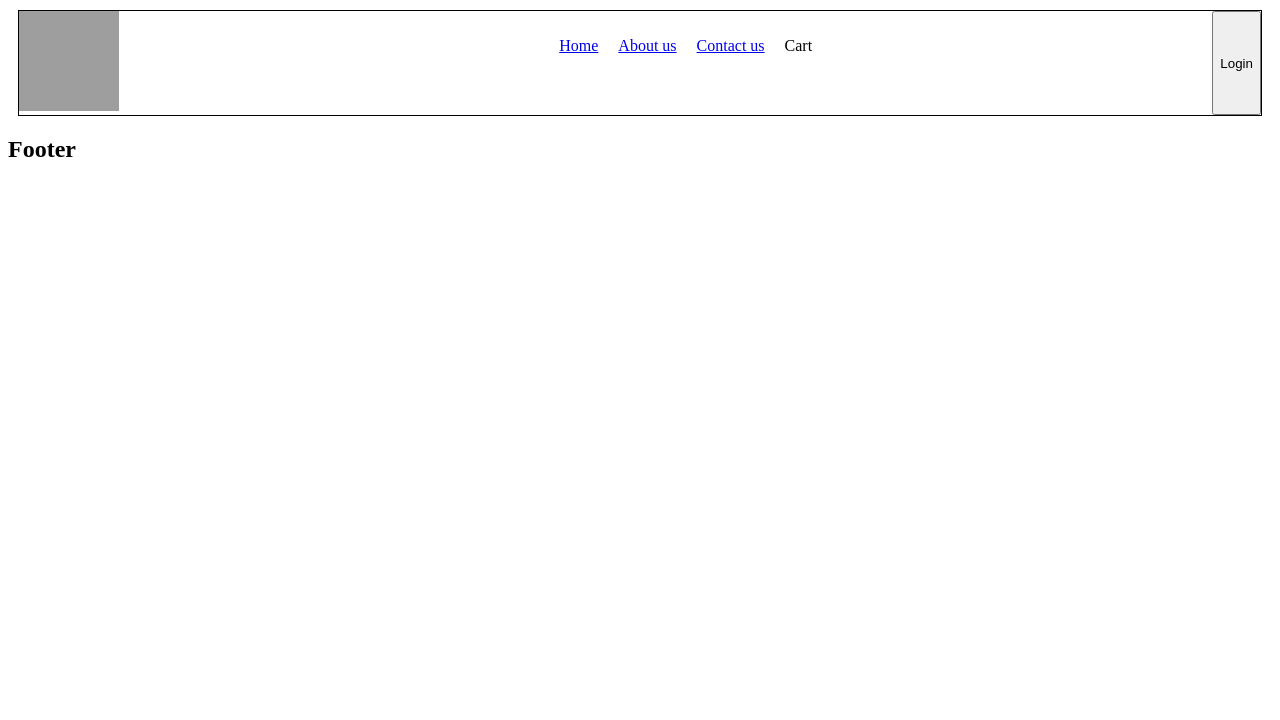
Repository: shivamv97/FOOD-VILLA-APP
Page: /
An editor plug-in stored every save of this project. The page is shown before and after the next save, followed by the edit.
The browser window is 1280 px wide. The pictures show the whole page.
Pictures or frames that could not be fetched are drawn as grey boxes. The page's requests for data from a server got no answer. The project was rebuilt for these pictures with package versions that can differ from the ones it lists, and the page was loaded fresh each time. No one was signed in, and anything a server would have sent is missing. Also part of the build but not shown: src/components/RestaurantCards.js, src/components/About.js, src/components/Error.js, src/components/ContactUs.js.

Above is the page before, as saved 2024-08-05 14:05:11.

### index.html
<!DOCTYPE html>
<html lang="en">
  <head>
    <meta charset="UTF-8" />
    <meta name="viewport" content="width=device-width, initial-scale=1.0" />
    <title>Learning REACT</title>
    <link rel="stylesheet" href="style.css" />
  </head>
  <body>
    <div id="root">Not Rendered</div>
    <!-- <script
      crossorigin
      src="https://unpkg.com/react@18/umd/react.development.js"
    ></script>
    <script
      crossorigin
      src="https://unpkg.com/react-dom@18/umd/react-dom.development.js"
    ></script> -->
    <script type="module" src="src/App.js"></script>
  </body>
</html>

### style.css
.header {
  display: flex;
  justify-content: space-between;
  margin: 10px;
  border: 1px solid black;
}
.nav-items > ul {
  list-style-type: none;
  display: flex;
}

.nav-items > ul > li {
  padding: 10px;
}
.logo {
  width: 100px;
  height: 100px;
}

.card {
  width: 255px;
  border: 1px solid black;
  padding: 10px;
  margin: 10px;
  overflow-wrap: break-word;
}

.card > img {
  width: 100%;
}

.restaurant-list {
  display: flex;
  flex-wrap: wrap;
}

.shimmer-card {
  width: 255px;
  height: 200px;
  background: lightgrey;
  margin: 10px;
  padding: 10px;
}

### src/App.js
import React from "react";
import ReactDOM from "react-dom/client";
import HeaderComponent from "./components/Title";
import Body from "./components/Body";
import Footer from "./components/Footer";
import About from "./components/About";
import Error from "./components/Error";
import Contact from "./components/ContactUs";
import { createBrowserRouter, RouterProvider, Outlet } from "react-router-dom";

const AppLayout = () => {
  return (
    <>
      <HeaderComponent />
      <Outlet />
      <Footer />
    </>
  );
};

const appRouter = createBrowserRouter([
  {
    path: "/",
    element: <AppLayout />,
    errorElement: <Error />,
    children: [
      {
        path: "/About",
        element: <About />,
      },
      {
        path: "/Contact",
        element: <Contact />,
      },
    ],
  },
]);

const root = ReactDOM.createRoot(document.getElementById("root"));

root.render(<RouterProvider router={appRouter} />);
//root will render according to the AppRouter

### src/components/Title.js
import { useState } from "react";
import { Link } from "react-router-dom";

const LoggedInUser = () => {
  //API used for authentication
  return true;
};

const Title = () => (
  <a href="/ ">
    <img
      className="logo"
      alt="logo"
      src="https://encrypted-tbn0.gstatic.com/images?q=tbn:ANd9GcTJtFXKFKFoihdrJEvX4jBtXqfcO2kJ0KAlIg&s"
    />
  </a>
);

const HeaderComponent = () => {
  const [isLoggedIn, setisLoggedIn] = useState(false);
  return (
    <div className="header">
      <Title />
      <div className="nav-items">
        <ul>
          <li>
            <Link to="/">Home </Link>
          </li>
          <li>
            <Link to="/About">About us</Link>
          </li>
          <li>
            <Link to="/Contact">Contact us</Link>
          </li>
          <li>Cart</li>
        </ul>
      </div>
      {isLoggedIn ? (
        <button onClick={() => setisLoggedIn(false)}>Logout</button>
      ) : (
        <button onClick={() => setisLoggedIn(true)}>Login</button>
      )}
    </div>
  );
};

export default HeaderComponent;

### src/components/Footer.js
const Footer = () => {
  return <h2>Footer</h2>;
};

export default Footer;

### src/components/Body.js
import { restaurantlist } from "../config";
import RestrauntCard from "./RestaurantCards";
import { useState, useEffect } from "react";
import Shimmer from "./shimmer";

function filterdata(searchText, restaurants) {
  return restaurants.filter((restaurant) =>
    restaurant.info.name.toLowerCase().includes(searchText.toLowerCase())
  );
}

const Body = () => {
  // const searchTxt = "KFC"; //for reference...(IN JS)
  const [AllRestaurants, setAllRestaurants] = useState([]);
  const [FilteredRestaurants, setFilteredRestaurants] = useState([]); //restaurantlist
  const [searchText, setsearchText] = useState(""); //To create state variable.......(IN REACT)
  // console.log("render()");

  useEffect(() => {
    //API call
    GetRestaurants();
  }, []);

  async function GetRestaurants() {
    const data = await fetch(
      "https://www.swiggy.com/dapi/restaurants/list/v5?lat=28.7040592&lng=77.10249019999999&collection=83667"
    );
    const json = await data.json();
    console.log(json);
    //you have to make change only in line 32,in cards[i],where i is keep changing in the above api link,try from 0-11
    //it's an config-driven UI,Hence,it's Grid Element position keeps on changing.......
    setAllRestaurants(
      json?.data?.cards[1]?.card?.card?.gridElements?.infoWithStyle?.restaurants
    );
    setFilteredRestaurants(
      json?.data?.cards[1]?.card?.card?.gridElements?.infoWithStyle?.restaurants
    );
  }

  console.log("render");

  //Don't render component(Early Return)
  // if (!AllRestaurants) return null;
  // if (FilteredRestaurants?.length === 0) return <h1>No Restaurants Found!</h1>;

  //Conditional rendering
  return AllRestaurants?.length == 0 ? (
    <Shimmer />
  ) : (
    <>
      <div className="search-box">
        <input
          type="text"
          className="search-input"
          placeholder="Search"
          value={searchText}
          onChange={(e) => {
            setsearchText(e.target.value);
          }}
        />
        <button
          className="search-btn"
          onClick={() => {
            //filter the data according to need
            const data = filterdata(searchText, AllRestaurants);
            setFilteredRestaurants(data);
            //need to update the state-restaurants
          }}
        >
          Search
        </button>
      </div>
      <div className="restaurant-list">
        {
          FilteredRestaurants.map((restaurant) => {
            return (
              <RestrauntCard key={restaurant.info.id} {...restaurant.info} />
            );
          })
          //H.W. => 1.PROPER PLACE FOR NO RESTAURANTS FOUND   2.SEARCH WENT OFF WHEN IT IS SHOWING NO RESTAURANTS FOUND..........
        }
      </div>
    </>
  );
};

export default Body;

### src/config.js
//PUT MY all Hard Coded File Here
export const Img_cdn_url =
  "https://media-assets.swiggy.com/swiggy/image/upload/fl_lossy,f_auto,q_auto,w_660/";

//Config Driven UI
export const restaurantlist = [
  //public API of Swiggy
  {
    "@type": "type.googleapis.com/swiggy.presentation.food.v2.Restaurant",
    info: {
      id: "8561",
      name: "Mughlai Junction",
      cloudinaryImageId: "tnl2yuuxi8zjbgru6iqj",
      locality: "Connaught Place",
      areaName: "Connaught Place",
      costForTwo: "₹600 for two",
      cuisines: ["Mughlai", "North Indian", "Tandoor"],
      avgRating: 4.3,
      parentId: "5354",
      avgRatingString: "4.3",
      totalRatingsString: "10K+",
      promoted: true,
      adTrackingId:
        "cid=15007607~p=0~adgrpid=15007607#ag1~mp=SWIGGY_IN~bl=FOOD~aet=RESTAURANT~aeid=8561~eid=321f01bc-98c6-405c-89d6-b18422bb8f70~srvts=1721229990431~collid=83639",
      sla: {
        deliveryTime: 37,
        lastMileTravel: 4.8,
        serviceability: "SERVICEABLE",
        slaString: "35-40 mins",
        lastMileTravelString: "4.8 km",
        iconType: "ICON_TYPE_EMPTY",
      },
      availability: {
        nextCloseTime: "2024-07-17 23:00:00",
        opened: true,
      },
      badges: {},
      isOpen: true,
      type: "F",
      badgesV2: {
        entityBadges: {
          textExtendedBadges: {},
          textBased: {},
          imageBased: {},
        },
      },
      aggregatedDiscountInfoV3: {
        header: "10% OFF",
        subHeader: "UPTO ₹35",
      },
      orderabilityCommunication: {
        title: {},
        subTitle: {},
        message: {},
        customIcon: {},
      },
      differentiatedUi: {
        displayType: "ADS_UI_DISPLAY_TYPE_ENUM_DEFAULT",
        differentiatedUiMediaDetails: {
          mediaType: "ADS_MEDIA_ENUM_IMAGE",
          lottie: {},
          video: {},
        },
      },
      reviewsSummary: {},
      displayType: "RESTAURANT_DISPLAY_TYPE_DEFAULT",
      restaurantOfferPresentationInfo: {},
      externalRatings: {
        aggregatedRating: {
          rating: "4.4",
          ratingCount: "1K+",
        },
        source: "GOOGLE",
        sourceIconImageId: "v1704440323/google_ratings/rating_google_tag",
      },
      ratingsDisplayPreference: "RATINGS_DISPLAY_PREFERENCE_SHOW_SWIGGY",
    },
    analytics: {},
    cta: {
      link: "swiggy://menu?restaurant_id=8561&source=collection&query=Biryani",
      text: "RESTAURANT_MENU",
      type: "DEEPLINK",
    },
    widgetId: "collectionV5RestaurantListWidget_SimRestoRelevance_food",
  },

  {
    "@type": "type.googleapis.com/swiggy.presentation.food.v2.Restaurant",
    info: {
      id: "817359",
      name: "Zahra Restaurant & Cafe",
      cloudinaryImageId: "asaqtuuszx7hzmxpnfpo",
      locality: "Old Delhi",
      areaName: "Old Delhi",
      costForTwo: "₹300 for two",
      cuisines: ["Indian", "Tandoor", "Kebabs", "Snacks", "Biryani"],
      avgRating: 4.3,
      parentId: "229129",
      avgRatingString: "4.3",
      totalRatingsString: "100+",
      sla: {
        deliveryTime: 29,
        lastMileTravel: 1.3,
        serviceability: "SERVICEABLE",
        slaString: "25-30 mins",
        lastMileTravelString: "1.3 km",
        iconType: "ICON_TYPE_EMPTY",
      },
      availability: {
        nextCloseTime: "2024-07-17 22:59:00",
        opened: true,
      },
      badges: {},
      isOpen: true,
      type: "F",
      badgesV2: {
        entityBadges: {
          textExtendedBadges: {},
          textBased: {},
          imageBased: {},
        },
      },
      aggregatedDiscountInfoV3: {
        header: "50% OFF",
        subHeader: "UPTO ₹100",
      },
      orderabilityCommunication: {
        title: {},
        subTitle: {},
        message: {},
        customIcon: {},
      },
      differentiatedUi: {
        displayType: "ADS_UI_DISPLAY_TYPE_ENUM_DEFAULT",
        differentiatedUiMediaDetails: {
          mediaType: "ADS_MEDIA_ENUM_IMAGE",
          lottie: {},
          video: {},
        },
      },
      reviewsSummary: {},
      displayType: "RESTAURANT_DISPLAY_TYPE_DEFAULT",
      restaurantOfferPresentationInfo: {},
      externalRatings: {
        aggregatedRating: {
          rating: "--",
        },
      },
      ratingsDisplayPreference: "RATINGS_DISPLAY_PREFERENCE_SHOW_SWIGGY",
    },
    analytics: {},
    cta: {
      link: "swiggy://menu?restaurant_id=817359&source=collection&query=Biryani",
      text: "RESTAURANT_MENU",
      type: "DEEPLINK",
    },
    widgetId: "collectionV5RestaurantListWidget_SimRestoRelevance_food",
  },

  {
    "@type": "type.googleapis.com/swiggy.presentation.food.v2.Restaurant",
    info: {
      id: "81523",
      name: "Amma Mess",
      cloudinaryImageId: "a09jpzja1zusso85bbmz",
      locality: "Karol Bagh",
      areaName: "Karol Bagh",
      costForTwo: "₹300 for two",
      cuisines: ["South Indian"],
      avgRating: 4.5,
      parentId: "15687",
      avgRatingString: "4.5",
      totalRatingsString: "10K+",
      promoted: true,
      adTrackingId:
        "cid=15010070~p=1~adgrpid=15010070#ag1~mp=SWIGGY_IN~bl=FOOD~aet=RESTAURANT~aeid=81523~eid=b2807d99-426d-4265-8bac-9448c8101a5f~srvts=1721229990431~collid=83639",
      sla: {
        deliveryTime: 37,
        lastMileTravel: 6.3,
        serviceability: "SERVICEABLE",
        slaString: "35-40 mins",
        lastMileTravelString: "6.3 km",
        iconType: "ICON_TYPE_EMPTY",
      },
      availability: {
        nextCloseTime: "2024-07-17 22:30:00",
        opened: true,
      },
      badges: {},
      isOpen: true,
      aggregatedDiscountInfoV2: {},
      type: "F",
      badgesV2: {
        entityBadges: {
          textBased: {},
          imageBased: {},
          textExtendedBadges: {},
        },
      },
      orderabilityCommunication: {
        title: {},
        subTitle: {},
        message: {},
        customIcon: {},
      },
      differentiatedUi: {
        displayType: "ADS_UI_DISPLAY_TYPE_ENUM_DEFAULT",
        differentiatedUiMediaDetails: {
          mediaType: "ADS_MEDIA_ENUM_IMAGE",
          lottie: {},
          video: {},
        },
      },
      reviewsSummary: {},
      displayType: "RESTAURANT_DISPLAY_TYPE_DEFAULT",
      restaurantOfferPresentationInfo: {},
      externalRatings: {
        aggregatedRating: {
          rating: "4.2",
          ratingCount: "1K+",
        },
        source: "GOOGLE",
        sourceIconImageId: "v1704440323/google_ratings/rating_google_tag",
      },
      ratingsDisplayPreference: "RATINGS_DISPLAY_PREFERENCE_SHOW_SWIGGY",
    },
    analytics: {},
    cta: {
      link: "swiggy://menu?restaurant_id=81523&source=collection&query=Biryani",
      text: "RESTAURANT_MENU",
      type: "DEEPLINK",
    },
    widgetId: "collectionV5RestaurantListWidget_SimRestoRelevance_food",
  },

  {
    "@type": "type.googleapis.com/swiggy.presentation.food.v2.Restaurant",
    info: {
      id: "144716",
      name: "Mughlai Invitation",
      cloudinaryImageId: "a4530760ed2ff35b487605618cc6dc45",
      areaName: "Chandni Chowk",
      costForTwo: "₹200 for two",
      cuisines: ["Indian", "Mughlai", "Biryani", "Sweets"],
      avgRating: 4.6,
      parentId: "141076",
      avgRatingString: "4.6",
      totalRatingsString: "100+",
      sla: {
        deliveryTime: 30,
        lastMileTravel: 1.5,
        serviceability: "SERVICEABLE",
        slaString: "30-35 mins",
        lastMileTravelString: "1.5 km",
        iconType: "ICON_TYPE_EMPTY",
      },
      availability: {
        nextCloseTime: "2024-07-17 22:59:00",
        opened: true,
      },
      badges: {},
      isOpen: true,
      aggregatedDiscountInfoV2: {},
      type: "F",
      badgesV2: {
        entityBadges: {
          textExtendedBadges: {},
          textBased: {},
          imageBased: {},
        },
      },
      orderabilityCommunication: {
        title: {},
        subTitle: {},
        message: {},
        customIcon: {},
      },
      differentiatedUi: {
        displayType: "ADS_UI_DISPLAY_TYPE_ENUM_DEFAULT",
        differentiatedUiMediaDetails: {
          mediaType: "ADS_MEDIA_ENUM_IMAGE",
          lottie: {},
          video: {},
        },
      },
      reviewsSummary: {},
      displayType: "RESTAURANT_DISPLAY_TYPE_DEFAULT",
      restaurantOfferPresentationInfo: {},
      externalRatings: {
        aggregatedRating: {
          rating: "4.8",
          ratingCount: "100+",
        },
        source: "GOOGLE",
        sourceIconImageId: "v1704440323/google_ratings/rating_google_tag",
      },
      ratingsDisplayPreference: "RATINGS_DISPLAY_PREFERENCE_SHOW_SWIGGY",
    },
    analytics: {},
    cta: {
      link: "swiggy://menu?restaurant_id=144716&source=collection&query=Biryani",
      text: "RESTAURANT_MENU",
      type: "DEEPLINK",
    },
    widgetId: "collectionV5RestaurantListWidget_SimRestoRelevance_food",
  },

  {
    "@type": "type.googleapis.com/swiggy.presentation.food.v2.Restaurant",
    info: {
      id: "64321",
      name: "Southern Masala",
      cloudinaryImageId: "14527e27a298304dd07904f777372cb5",
      locality: "Karol Bagh",
      areaName: "Karol Bagh",
      costForTwo: "₹350 for two",
      cuisines: ["Andhra", "Biryani", "South Indian", "Thalis"],
      avgRating: 3.9,
      parentId: "17286",
      avgRatingString: "3.9",
      totalRatingsString: "1K+",
      promoted: true,
      adTrackingId:
        "cid=15472783~p=2~adgrpid=15472783#ag1~mp=SWIGGY_IN~bl=FOOD~aet=RESTAURANT~aeid=64321~eid=785e1ed6-7474-46a2-ba9f-4a9325d5fabc~srvts=1721229990431~collid=83639",
      sla: {
        deliveryTime: 38,
        lastMileTravel: 5,
        serviceability: "SERVICEABLE",
        slaString: "35-40 mins",
        lastMileTravelString: "5.0 km",
        iconType: "ICON_TYPE_EMPTY",
      },
      availability: {
        nextCloseTime: "2024-07-17 22:00:00",
        opened: true,
      },
      badges: {},
      isOpen: true,
      type: "F",
      badgesV2: {
        entityBadges: {
          textBased: {},
          imageBased: {},
          textExtendedBadges: {},
        },
      },
      aggregatedDiscountInfoV3: {
        header: "₹125 OFF",
        subHeader: "ABOVE ₹199",
        discountTag: "FLAT DEAL",
      },
      orderabilityCommunication: {
        title: {},
        subTitle: {},
        message: {},
        customIcon: {},
      },
      differentiatedUi: {
        displayType: "ADS_UI_DISPLAY_TYPE_ENUM_DEFAULT",
        differentiatedUiMediaDetails: {
          mediaType: "ADS_MEDIA_ENUM_IMAGE",
          lottie: {},
          video: {},
        },
      },
      reviewsSummary: {},
      displayType: "RESTAURANT_DISPLAY_TYPE_DEFAULT",
      restaurantOfferPresentationInfo: {},
      externalRatings: {
        aggregatedRating: {
          rating: "4.1",
          ratingCount: "100+",
        },
        source: "GOOGLE",
        sourceIconImageId: "v1704440323/google_ratings/rating_google_tag",
      },
      ratingsDisplayPreference: "RATINGS_DISPLAY_PREFERENCE_SHOW_SWIGGY",
    },
    analytics: {},
    cta: {
      link: "swiggy://menu?restaurant_id=64321&source=collection&query=Biryani",
      text: "RESTAURANT_MENU",
      type: "DEEPLINK",
    },
    widgetId: "collectionV5RestaurantListWidget_SimRestoRelevance_food",
  },
];

### src/components/shimmer.js
const Shimmer = () => {
  return (
    <div className="restaurant-list">
      {Array(10)
        .fill("")
        .map((e, index) => (
          <div key={index} className="shimmer-card"></div>
        ))}
    </div>
  );
};

export default Shimmer;

After the next save:
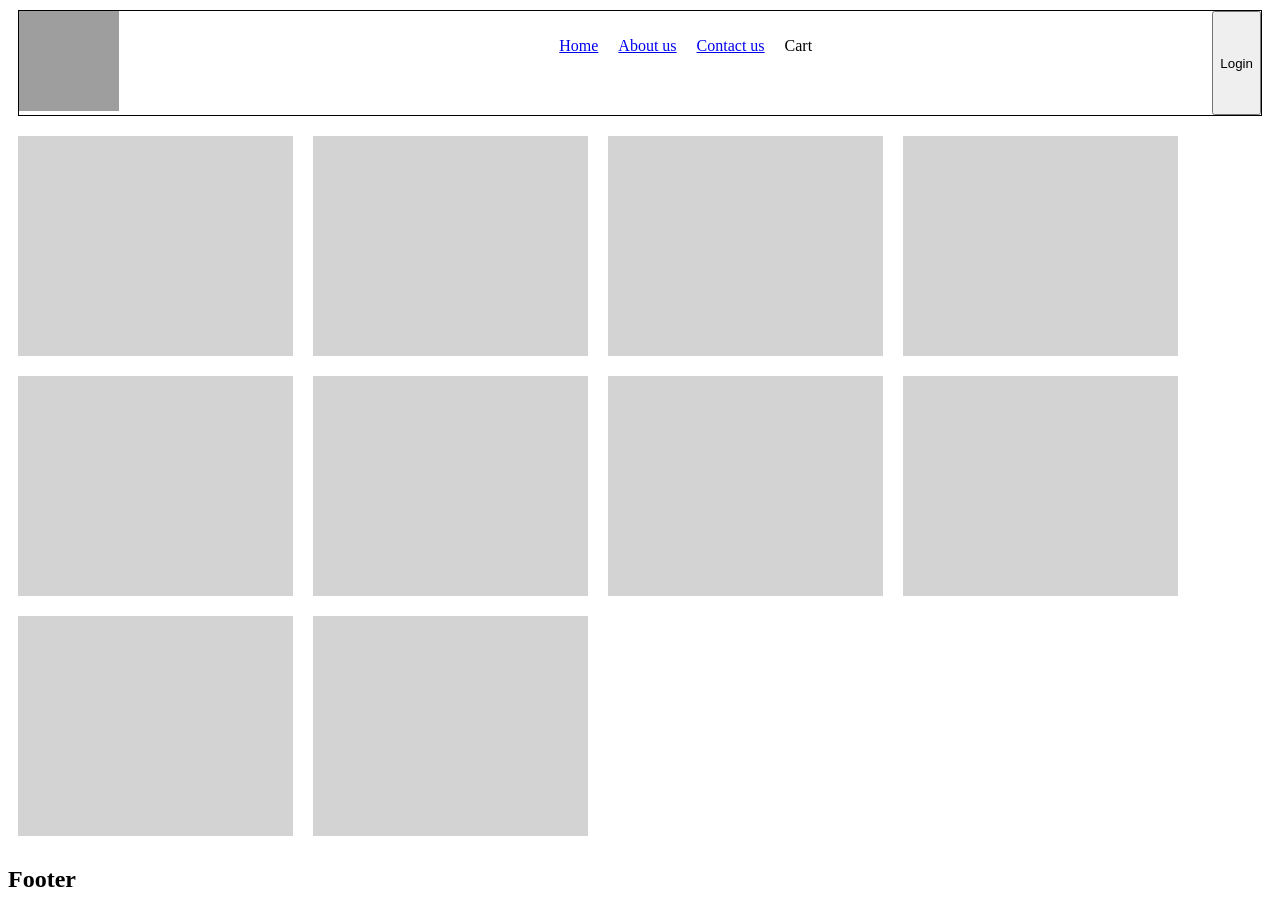
Saved 50 s later.
--- a/src/App.js
+++ b/src/App.js
@@ -25,6 +25,10 @@ const appRouter = createBrowserRouter([
     errorElement: <Error />,
     children: [
       {
+        path: "/",
+        element: <Body />,
+      },
+      {
         path: "/About",
         element: <About />,
       },
